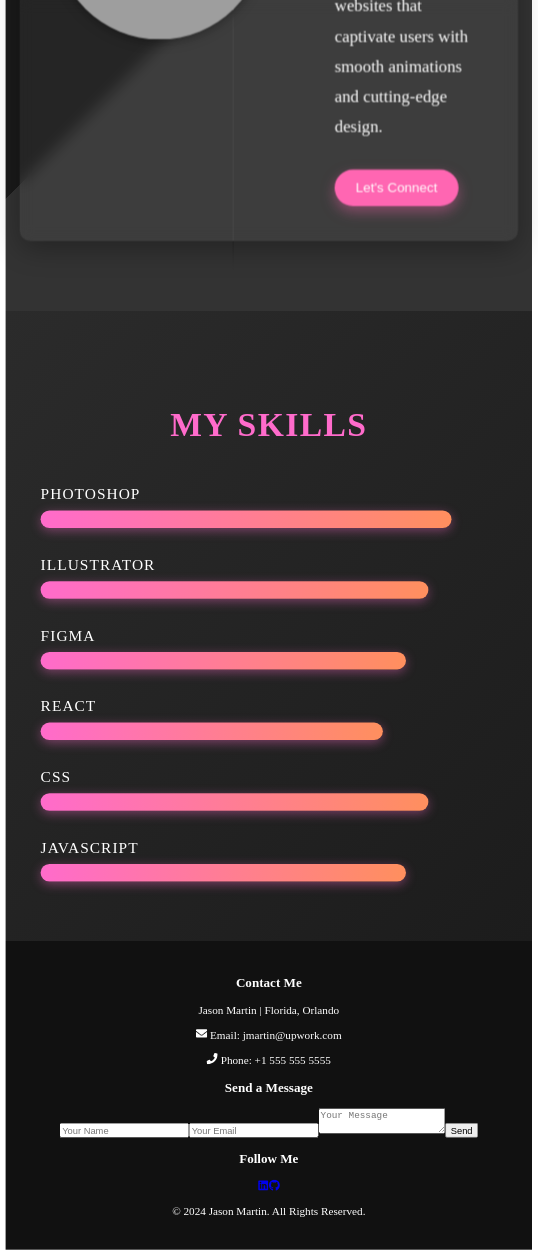
Repository: izhanlaraagarcia/izhanlaraagarcia.github.io
Page: / (app in vite-project/)
The author's editor kept a copy of each file at every save. The page is drawn from the files as they stood at one save, then again after the next save.
The browser window is 768 px wide. The pictures show the part of the page from y = 1515 to 3755 px (the page is 3309 px tall before and 3755 px after), at 70% of full size.
Pictures or frames that could not be fetched are drawn as grey boxes. The project was rebuilt for these pictures with package versions that can differ from the ones it lists, and the page was loaded fresh each time. Also part of the build but not shown: vite-project/vite.config.js.

Above is the page before, as saved 2024-09-18 12:14:05.

### vite-project/index.html
<!doctype html>
<html lang="en">

<head>
  <meta charset="UTF-8" />
  <link rel="shortcut icon" href="./public/favicon.ico" type="image/x-icon">
  <meta name="viewport" content="width=device-width, initial-scale=1.0" />
  <title>IzzyLG</title>
</head>

<body>
  <div id="root"></div>
  <script type="module" src="/src/main.jsx"></script>
</body>

</html>

### vite-project/src/App.jsx
// App.js
import React, { useState } from 'react';
import HeaderComponent from './components/HeaderComponent';
import SkillsComponent from './components/SkillsComponent';
// import ExperienceComponent from './components/ExperienceComponent';
import FooterComponent from './components/FooterComponent';
// import { Link } from 'react-scroll';


function App() {
  const [language, setLanguage] = useState('en');

  const toggleLanguage = () => {
    setLanguage(prevLang => (prevLang === 'en' ? 'es' : 'en'));
  };
  return (
    <div className="App">
      <HeaderComponent onLanguageToggle={toggleLanguage} />
      <SkillsComponent />
      {/* <ExperienceComponent /> */}
      <FooterComponent />
    </div>
  );
}

export default App;

### vite-project/src/index.css
/* Estilos para el menú de navegación minimalista */
.nav {
  position: fixed;
  top: 0;
  width: 100%;
  background-color: rgba(0, 0, 0, 0.6); /* Fondo semitransparente */
  z-index: 1000;
  display: flex;
  justify-content: center;
  padding: 15px 0; /* Aumenta el padding para mayor espacio */
  box-shadow: 0 2px 10px rgba(0, 0, 0, 0.3); /* Sombra para mayor profundidad */
  backdrop-filter: blur(10px); /* Desenfoque de fondo */
  transition: background-color 0.3s ease; /* Transición para el fondo */
}

/* Lista de navegación */
.nav-list {
  display: flex;
  gap: 20px; /* Espacio entre los elementos */
  list-style: none;
  margin: 0;
  padding: 0;
}

/* Elementos del menú */
.nav-list li {
  font-size: 18px;
  text-transform: uppercase;
  font-weight: 500;
  letter-spacing: 1.5px;
}

/* Enlaces del menú */
.nav-list a {
  color: white;
  text-decoration: none;
  padding: 8px 16px;
  border-radius: 25px; /* Bordes redondeados */
  transition: background-color 0.3s, color 0.3s, transform 0.3s; /* Transiciones suaves */
  position: relative;
}

/* Efecto hover minimalista */
.nav-list a:hover {
  background-color: #f09; /* Color de fondo al pasar el ratón */
  color: white;
  transform: translateY(-3px); /* Movimiento sutil al hacer hover */
  box-shadow: 0 5px 15px rgba(240, 9, 123, 0.4); /* Sombra al hacer hover */
}

/* Botón de cambio de idioma minimalista */
.lang-btn-wrapper {
  display: flex;
  align-items: center;
}

.lang-btn {
  background-color: transparent;
  border: none;
  cursor: pointer;
  padding: 0;
}

.flag-icon {
  width: 24px;
  height: 24px;
  transition: transform 0.3s, opacity 0.3s;
}

.lang-btn:hover .flag-icon {
  transform: scale(1.1);
  opacity: 0.8;
}

/* Efecto de aparición al hacer scroll */
.nav.scrolled {
  background-color: rgba(0, 0, 0, 0.9); /* Color más oscuro al hacer scroll */
  box-shadow: 0 4px 15px rgba(0, 0, 0, 0.5); /* Mayor sombra al hacer scroll */
}

/* Contenido principal del header */
.header {
  height: 100vh;
  background-image: url('./assets/fondo1.webp');
  background-size: cover;
  background-position: center;
  display: flex;
  flex-direction: column;
  align-items: center;
  justify-content: center;
  color: white;
  position: relative;
  padding-top: 80px; /* Deja espacio para el menú fijo */
}
/* Contenido principal del header */
.header-content {
  backdrop-filter: blur(10px); /* Ajusta el valor del desenfoque */
  background-color: rgba(0, 0, 0, 0.5); /* Color de fondo con transparencia */
  padding: 20px;
  border-radius: 15px; /* Opcional: bordes redondeados */
  text-align: center;
  padding: 50px 20px;
}

.header-title {
  font-size: 64px;
  margin: 0;
  font-weight: 800;
  letter-spacing: 4px;
  text-shadow: 3px 3px 8px rgba(0, 0, 0, 0.7);
  color: #fff;
  background: linear-gradient(90deg, #ffffff, #fa3c9b);
  -webkit-background-clip: text;
  -webkit-text-fill-color: transparent;
}

.header-subtitle {
  font-size: 26px;
  margin-top: 10px;
  font-weight: 400;
  letter-spacing: 2px;
  color: rgba(255, 255, 255, 0.8);
  text-shadow: 2px 2px 4px rgba(0, 0, 0, 0.5);
}


.contact-btn:hover {
  background-color: #ff6bcb;
  transform: scale(1.05);
}

/* Botones del portafolio */
.header-buttons {
  margin-top: 40px;
}

.btn {
  background-color: #f09;
  color: white;
  padding: 14px 30px;
  border: none;
  cursor: pointer;
  margin: 0 15px;
  border-radius: 50px;
  font-size: 16px;
  font-weight: 600;
  transition: background-color 0.4s, transform 0.4s, box-shadow 0.3s;
  box-shadow: 0 8px 15px rgba(240, 9, 123, 0.3);
}

.btn:hover {
  background-color: #fff;
  color: #f09;
  transform: scale(1.05);
  box-shadow: 0 12px 20px rgba(240, 9, 123, 0.5);
}

/* Redes sociales minimalistas */
.social-icons {
  margin-top: 50px;
  display: flex;
  justify-content: center;
  gap: 25px;
}

.social-icons a {
  font-size: 28px;
  color: white;
  transition: color 0.4s, transform 0.3s;
}

.social-icons a:hover {
  color: #f09;
  transform: translateY(-5px);
}
/*About */
.about-section {
  display: flex;
  justify-content: center;
  align-items: center;
  padding: 100px 20px;
  min-height: 100vh;
  background: linear-gradient(135deg, #1a1a1a 50%, #333 50%);
  color: #fff;
  position: relative;
}

.about-content {
  display: flex;
  align-items: center;
  justify-content: space-between;
  width: 100%;
  max-width: 1200px;
  padding: 50px;
  border-radius: 15px;
  background-color: rgba(255, 255, 255, 0.05);
  box-shadow: 0 12px 40px rgba(0, 0, 0, 0.3);
  backdrop-filter: blur(10px);
}

.profile-image-wrapper {
  flex: 0.5;
  padding-right: 50px;
}

.profile-image {
  width: 300px;
  height: 300px;
  border-radius: 50%;
  object-fit: cover;
  box-shadow: 0 4px 15px rgba(0, 0, 0, 0.3);
}

.about-text {
  flex: 1;
  padding-left: 50px;
}

.about-title {
  font-size: 3rem;
  margin-bottom: 20px;
}

.about-description {
  font-size: 1.5rem;
  line-height: 1.8;
  margin-bottom: 40px;
}

.contact-btn {
  padding: 15px 30px;
  background-color: #ff66b2;
  color: white;
  font-size: 1.2rem;
  border: none;
  border-radius: 30px;
  cursor: pointer;
  box-shadow: 0 8px 20px rgba(255, 102, 178, 0.4);
  transition: all 0.3s ease;
}

.section-decorator svg {
  position: absolute;
  bottom: 0;
  left: 0;
  width: 100%;
}


.social-icons {
  display: flex;
  margin-top: 20px;
}

.social-icons a {
  color: white;
  font-size: 24px;
  margin-right: 15px;
}


/* Skills */
.skills {
  background: linear-gradient(135deg, #2b2b2b, #1c1c1c);
  color: white;
  display: flex;
  flex-direction: column;
  justify-content: center;
  align-items: center;
  padding: 50px;
  height: 100vh; /* Ocupa toda la pantalla */
  text-align: center;
  overflow: hidden; /* Para prevenir scroll innecesario */
}

.skills-title {
  font-size: 48px;
  margin-bottom: 60px;
  color: #ff6bcb;
  text-transform: uppercase;
  letter-spacing: 2px;
  position: relative;
  z-index: 2;
  font-weight: bold;
}

.skill-bars {
  display: flex;
  flex-direction: column;
  gap: 40px;
  width: 100%;
  max-width: 800px;
  position: relative;
  z-index: 2;
}

.skill {
  display: flex;
  flex-direction: column;
  align-items: flex-start;
  width: 100%;
}

.skill-name {
  font-size: 22px;
  text-transform: uppercase;
  letter-spacing: 1.5px;
}

.bar {
  height: 25px;
  background: linear-gradient(90deg, #ff6bcb, #ff8f5e);
  border-radius: 15px;
  margin-top: 10px;
  transition: width 1.5s ease;
  box-shadow: 0 4px 15px rgba(255, 107, 203, 0.4);
}

.full-screen {
  height: 100vh;
}

.skill-name:hover {
  color: #ff6bcb;
  transform: translateX(10px);
  transition: transform 0.3s ease, color 0.3s ease;
}

/* Efecto visual de partículas en el fondo */
.skills::before {
  content: '';
  position: absolute;
  top: 0;
  left: 0;
  width: 100%;
  height: 100%;
  background: radial-gradient(circle at 50% 50%, rgba(255, 107, 203, 0.2), rgba(28, 28, 28, 0) 70%);
  z-index: 1;
}


/* Experience */
.experience {
  background-color: #292929;
  color: white;
  text-align: center;
  padding: 80px 20px;
  position: relative;
  overflow: hidden;
}

.experience-title {
  font-size: 48px;
  margin-bottom: 50px;
  text-transform: uppercase;
  color: #ff6bcb;
  position: relative;
  z-index: 2;
}

.experience-cards {
  display: flex;
  justify-content: center;
  flex-wrap: wrap;
  gap: 30px;
}

.card {
  background-color: #444;
  padding: 25px;
  border-radius: 12px;
  width: 250px;
  height: 200px;
  display: flex;
  flex-direction: column;
  align-items: center;
  justify-content: center;
  text-align: center;
  transition: transform 0.3s, background-color 0.3s;
  box-shadow: 0 10px 20px rgba(0, 0, 0, 0.3);
}

.card:hover {
  background-color: #ff6bcb;
  transform: translateY(-10px);
  box-shadow: 0 20px 30px rgba(255, 107, 203, 0.4);
}

.company-name {
  font-size: 20px;
  font-weight: bold;
  color: #fff;
  margin-bottom: 10px;
}

.role, .duration {
  font-size: 16px;
  color: rgba(255, 255, 255, 0.7);
}

.experience-icon {
  font-size: 36px;
  color: #ff6bcb;
  margin-bottom: 15px;
}

@media (max-width: 768px) {
  .experience-cards {
    flex-direction: column;
    align-items: center;
  }
}


/* Footer */
.footer {
  background-color: #111;
  color: white;
  text-align: center;
  padding: 30px 0;
}

### vite-project/src/components/HeaderComponent.jsx

import React, { useState } from 'react';
import { motion } from 'framer-motion';
import { Link } from 'react-scroll';
import { FaLinkedin, FaGithub, FaTwitter } from 'react-icons/fa';
import USFlag from '../assets/us-flag.png';
import ESFlag from '../assets/es-flag.png';
import AboutComponent from './AboutComponent';

const HeaderComponent = () => {
  const [language, setLanguage] = useState('en');

  const translations = {
    en: {
      name: "Izhan Lara García",
      title: "Junior Web Developer",
      resume: "Resume",
      portfolio: "Portfolio",
      menu: {
        home: "Home",
        about: "About",
        skills: "Skills",
        experience: "Experience",
        contact: "Contact",
      },
    },
    es: {
      name: "Izhan Lara García",
      title: "Desarrollador Web Junior",
      resume: "Currículum",
      portfolio: "Portafolio",
      menu: {
        home: "Inicio",
        about: "Sobre mí",
        skills: "Habilidades",
        experience: "Experiencia",
        contact: "Contacto",
      },
    },
  };

  const toggleLanguage = () => {
    setLanguage((prevLang) => (prevLang === 'en' ? 'es' : 'en'));
  };

  return (
    <>
      <header className="header" id="header">
        <motion.nav
          className="nav"
          initial={{ opacity: 0, y: -50 }}
          animate={{ opacity: 1, y: 0 }}
          transition={{ delay: 0.5, duration: 1 }}
        >
          <ul className="nav-list">
            <li><Link to="header" smooth={true}>{translations[language].menu.home}</Link></li>
            <li><Link to="about" smooth={true}>{translations[language].menu.about}</Link></li>
            <li><Link to="skills" smooth={true}>{translations[language].menu.skills}</Link></li>
            <li><Link to="experience" smooth={true}>{translations[language].menu.experience}</Link></li>
            <li><Link to="footer" smooth={true} className="contact-btn">{translations[language].menu.contact}</Link></li>

            <li className="lang-btn-wrapper">
              <button className="lang-btn" onClick={toggleLanguage}>
                {language === 'en' ? (
                  <img src={ESFlag} alt="Spanish Flag" className="flag-icon" />
                ) : (
                  <img src={USFlag} alt="US Flag" className="flag-icon" />
                )}
              </button>
            </li>
          </ul>
        </motion.nav>

        <motion.div
          className="header-content"
          initial={{ opacity: 0 }}
          animate={{ opacity: 1 }}
          transition={{ duration: 1.5 }}
        >
          <motion.h1
            className="header-title"
            initial={{ scale: 0.8, y: -100 }}
            animate={{ scale: 1, y: 0 }}
            transition={{ duration: 1, ease: "easeOut" }}
            whileHover={{ scale: 1.05, color: "#f09" }}
          >
            {translations[language].name}
          </motion.h1>

          <p className="header-subtitle">
            {translations[language].title}
          </p>

          <div className="header-buttons">
            <motion.button whileHover={{ scale: 1.1 }} className="btn">
              {translations[language].resume}
            </motion.button>
            <motion.button whileHover={{ scale: 1.1 }} className="btn">
              {translations[language].portfolio}
            </motion.button>
          </div>

          <motion.div
            className="social-icons"
            initial={{ y: 50, opacity: 0 }}
            animate={{ y: 0, opacity: 1 }}
            transition={{ duration: 1, delay: 1 }}
          >
            <motion.a href="https://linkedin.com" target="_blank" whileHover={{ scale: 1.2 }}><FaLinkedin /></motion.a>
            <motion.a href="https://github.com" target="_blank" whileHover={{ scale: 1.2 }}><FaGithub /></motion.a>
            <motion.a href="https://twitter.com" target="_blank" whileHover={{ scale: 1.2 }}><FaTwitter /></motion.a>
          </motion.div>
        </motion.div>
      </header>

      {/* Sección About */}
      <AboutComponent language={language} />
    </>
  );
};

export default HeaderComponent;

### vite-project/src/components/SkillsComponent.jsx
// SkillsComponent.js
import React from 'react';
import { motion } from 'framer-motion';

const skills = [
  { name: 'Photoshop', level: '90%' },
  { name: 'Illustrator', level: '85%' },
  { name: 'Figma', level: '80%' },
  { name: 'React', level: '75%' },
  { name: 'CSS', level: '85%' },
  { name: 'JavaScript', level: '80%' },
];

const containerVariants = {
  hidden: { opacity: 0 },
  visible: {
    opacity: 1,
    transition: { staggerChildren: 0.2, delayChildren: 0.5 },
  },
};

const barVariants = {
  hidden: { width: '0%' },
  visible: (level) => ({
    width: level,
    transition: { duration: 2, type: 'spring', stiffness: 100 },
  }),
};

const SkillsComponent = () => {
  return (
    <motion.section
      id="skills"
      className="skills full-screen"
      initial="hidden"
      animate="visible"
      variants={containerVariants}
    >
      <motion.h3
        className="skills-title"
        initial={{ scale: 0 }}
        animate={{ scale: 1 }}
        transition={{ type: 'spring', stiffness: 200, duration: 1.5 }}
      >
        My Skills
      </motion.h3>

      <div className="skill-bars">
        {skills.map((skill, idx) => (
          <div key={idx} className="skill">
            <motion.span
              className="skill-name"
              initial={{ opacity: 0, y: -50 }}
              animate={{ opacity: 1, y: 0 }}
              transition={{ duration: 1, ease: 'easeOut' }}
            >
              {skill.name}
            </motion.span>
            <motion.div
              className="bar"
              custom={skill.level}
              variants={barVariants}
              initial="hidden"
              animate="visible"
            />
          </div>
        ))}
      </div>
    </motion.section>
  );
};

export default SkillsComponent;

### vite-project/src/components/FooterComponent.jsx
import React from 'react';
import { motion } from 'framer-motion';
import { FaEnvelope, FaPhone, FaLinkedin, FaGithub } from 'react-icons/fa';

const FooterComponent = () => {
  return (
    <motion.footer
      id="footer"
      className="footer"
      initial={{ opacity: 0 }}
      whileInView={{ opacity: 1 }}
      transition={{ duration: 1 }}
    >
      <div className="footer-content">
        <div className="contact-info">
          <h3>Contact Me</h3>
          <p>Jason Martin | Florida, Orlando</p>
          <p><FaEnvelope /> Email: jmartin@upwork.com</p>
          <p><FaPhone /> Phone: +1 555 555 5555</p>
        </div>

        <div className="contact-form">
          <h3>Send a Message</h3>
          <form>
            <input type="text" placeholder="Your Name" required />
            <input type="email" placeholder="Your Email" required />
            <textarea placeholder="Your Message" required></textarea>
            <motion.button
              type="submit"
              whileHover={{ scale: 1.05 }}
              transition={{ duration: 0.3 }}
              className="submit-btn"
            >
              Send
            </motion.button>
          </form>
        </div>

        <div className="social-links">
          <h3>Follow Me</h3>
          <motion.a
            whileHover={{ scale: 1.2 }}
            transition={{ duration: 0.3 }}
            href="https://linkedin.com"
            aria-label="LinkedIn"
          >
            <FaLinkedin />
          </motion.a>
          <motion.a
            whileHover={{ scale: 1.2 }}
            transition={{ duration: 0.3 }}
            href="https://github.com"
            aria-label="GitHub"
          >
            <FaGithub />
          </motion.a>
        </div>
      </div>

      <div className="footer-bottom">
        <p>&copy; {new Date().getFullYear()} Jason Martin. All Rights Reserved.</p>
      </div>
    </motion.footer>
  );
};

export default FooterComponent;

### vite-project/src/components/AboutComponent.jsx
import React from 'react';
import { motion } from 'framer-motion';

// Variantes de animación para un efecto impresionante
const containerVariants = {
  hidden: { opacity: 0, y: 100 },
  visible: {
    opacity: 1,
    y: 0,
    transition: { duration: 1.2, ease: "easeOut", when: "beforeChildren", staggerChildren: 0.3 }
  },
};

const textVariants = {
  hidden: { opacity: 0, y: 20 },
  visible: { opacity: 1, y: 0, transition: { duration: 1, ease: "easeOut" } }
};

const buttonVariants = {
  hover: {
    scale: 1.1,
    backgroundColor: "#ff66b2",
    transition: { duration: 0.3, yoyo: Infinity }
  }
};

const AboutComponent = ({ language }) => {
  const translations = {
    en: {
      title: "About Me",
      description: "I am a web developer focused on delivering immersive, interactive experiences. My passion lies in creating visually striking, meaningful websites that captivate users with smooth animations and cutting-edge design.",
      button: "Let's Connect",
    },
    es: {
      title: "Sobre Mí",
      description: "Soy un desarrollador web enfocado en crear experiencias inmersivas e interactivas. Mi pasión está en crear sitios web visualmente impactantes y significativos, que cautiven a los usuarios con animaciones fluidas y un diseño innovador.",
      button: "Conectemos",
    },
  };

  const t = translations[language] || translations['en'];

  return (
    <section id="about" className="about-section">
      <motion.div
        className="about-content"
        variants={containerVariants}
        initial="hidden"
        animate="visible"
      >
        {/* Imagen de perfil con efecto zoom */}
        <motion.div
          className="profile-image-wrapper"
          whileHover={{ scale: 1.05, rotate: 3 }}
          transition={{ duration: 0.6, ease: "easeOut" }}
        >
          <img
            src="https://fiverr-res.cloudinary.com/images/t_main1,q_auto,f_auto,q_auto,f_auto/gigs/343888962/original/6390876df1dceff78be91e8b27e84e33a85e5248/design-animated-discord-pfp-banner-avatar-and-icon.jpg"
            alt="Profile"
            className="profile-image"
          />
        </motion.div>

        {/* Texto del "About Me" con animación fluida */}
        <motion.div className="about-text" variants={textVariants}>
          <h2 className="about-title">{t.title}</h2>
          <p className="about-description">{t.description}</p>

          {/* Botón de contacto con animación vibrante */}
          <motion.button
            className="contact-btn"
            variants={buttonVariants}
            whileHover="hover"
          >
            {t.button}
          </motion.button>
        </motion.div>
      </motion.div>
    </section>
  );
};

export default AboutComponent;

Loaded but not shown: vite-project/src/main.jsx (common file)

After the next save:
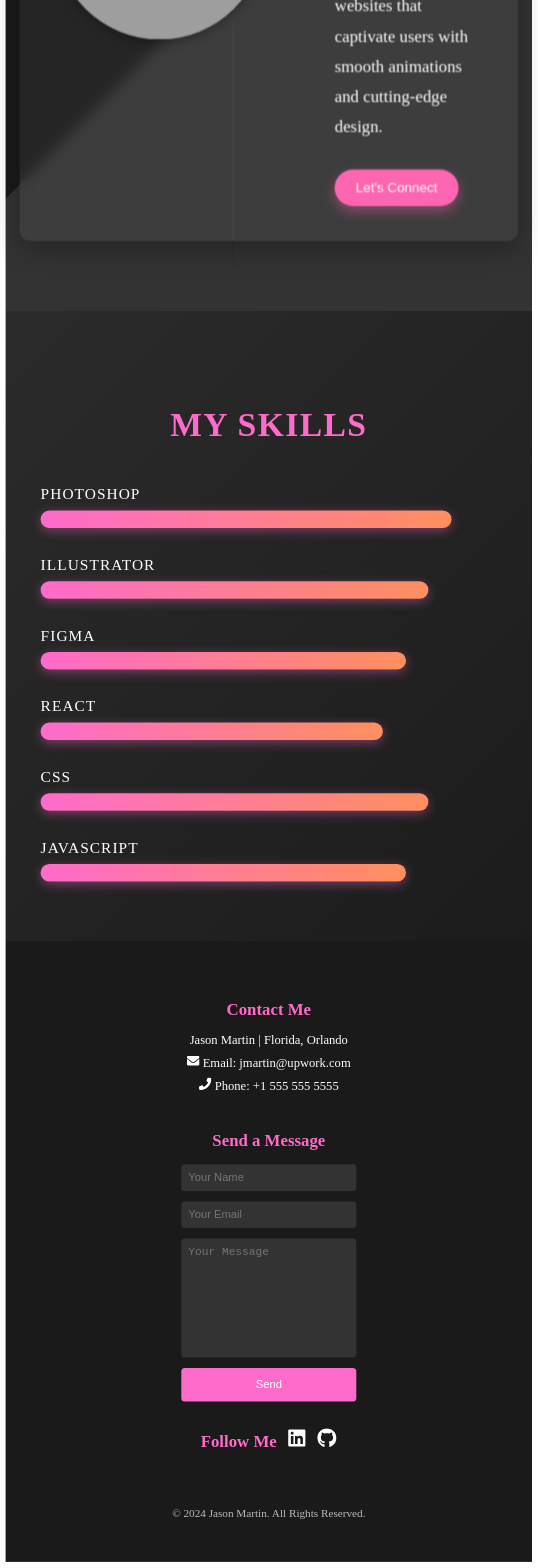
Saved 26 s later.
--- a/vite-project/src/index.css
+++ b/vite-project/src/index.css
@@ -411,11 +411,112 @@
   }
 }
 
-
 /* Footer */
 .footer {
-  background-color: #111;
-  color: white;
+  background-color: #1a1a1a;
+  color: white;
+  padding: 60px 20px;
+  position: relative;
+}
+
+.footer-content {
+  display: flex;
+  justify-content: space-between;
+  flex-wrap: wrap;
+  max-width: 1200px;
+  margin: 0 auto;
+}
+
+.contact-info, .contact-form, .social-links {
+  flex: 1;
+  min-width: 250px;
+  margin-bottom: 20px;
+}
+
+.contact-info h3, .contact-form h3, .social-links h3 {
+  font-size: 24px;
+  margin-bottom: 20px;
+  color: #ff6bcb;
+}
+
+.contact-info p {
+  font-size: 18px;
+  margin: 10px 0;
+}
+
+.contact-form form {
+  display: flex;
+  flex-direction: column;
+}
+
+.contact-form input,
+.contact-form textarea {
+  padding: 10px;
+  margin-bottom: 15px;
+  border: none;
+  border-radius: 5px;
+  font-size: 16px;
+  outline: none;
+  background-color: #333;
+  color: white;
+}
+
+.contact-form textarea {
+  height: 150px;
+  resize: none;
+}
+
+.submit-btn {
+  background-color: #ff6bcb;
+  color: white;
+  padding: 15px;
+  border: none;
+  border-radius: 5px;
+  cursor: pointer;
+  font-size: 16px;
+  transition: background-color 0.3s, transform 0.3s;
+}
+
+.submit-btn:hover {
+  background-color: #ff8f5e;
+}
+
+.social-links {
+  display: flex;
+  align-items: center;
+  gap: 15px;
+  justify-content: center;
+}
+
+.social-links a {
+  font-size: 28px;
+  color: white;
+  transition: color 0.3s, transform 0.3s;
+}
+
+.social-links a:hover {
+  color: #ff6bcb;
+}
+
+.footer-bottom {
   text-align: center;
-  padding: 30px 0;
-}
+  margin-top: 40px;
+  font-size: 16px;
+  color: rgba(255, 255, 255, 0.7);
+}
+
+.footer-bottom p {
+  margin: 0;
+}
+
+@media (max-width: 768px) {
+  .footer-content {
+    flex-direction: column;
+    align-items: center;
+    text-align: center;
+  }
+
+  .contact-info, .contact-form, .social-links {
+    max-width: 100%;
+  }
+}
